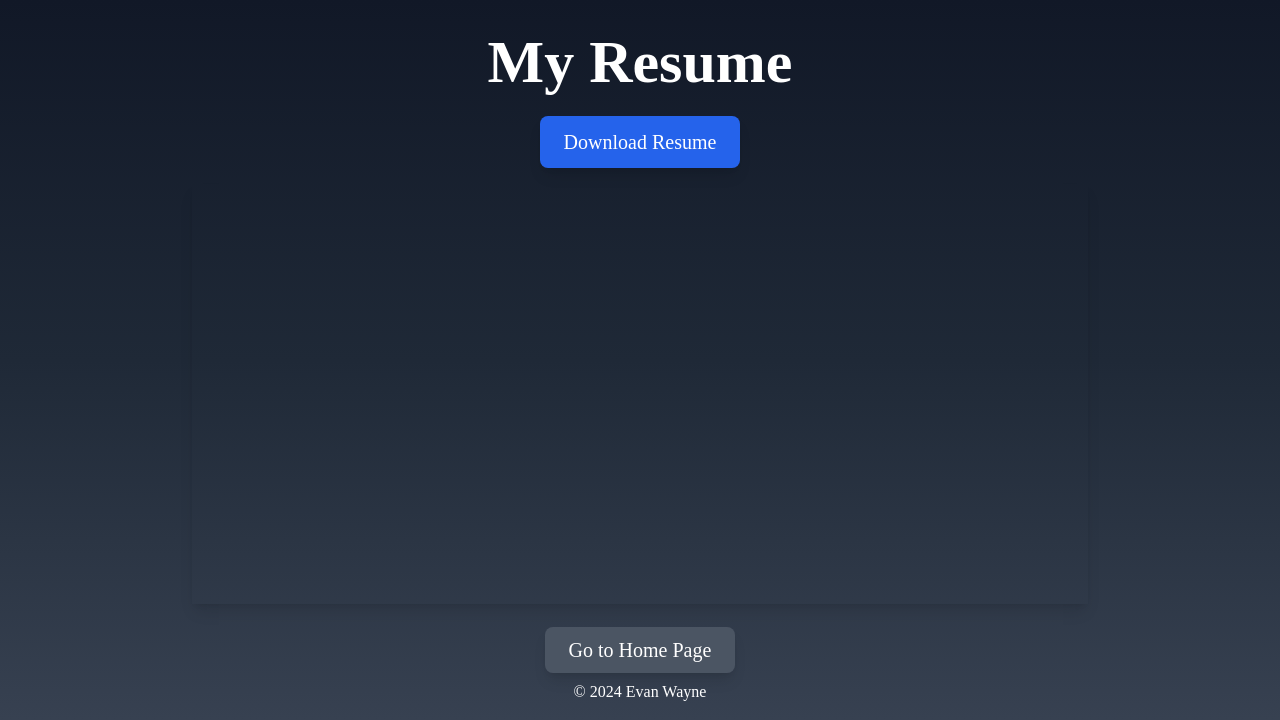
Repository: evnwyn/Evan-Wayne-s-Portfolio
Page: /resume
The author's editor kept a copy of each file at every save. The page is drawn from the files as they stood at one save, then again after the next save.
The browser window is 1280 px wide. The pictures show the whole page.
The project was rebuilt for these pictures with package versions that can differ from the ones it lists, and the page was loaded fresh each time. The framework's server and built-in components were replaced by stand-ins that run in the browser. Also part of the build but not shown: next.config.js.

Above is the page before, as saved 2024-10-09 21:01:25.

After the next save:
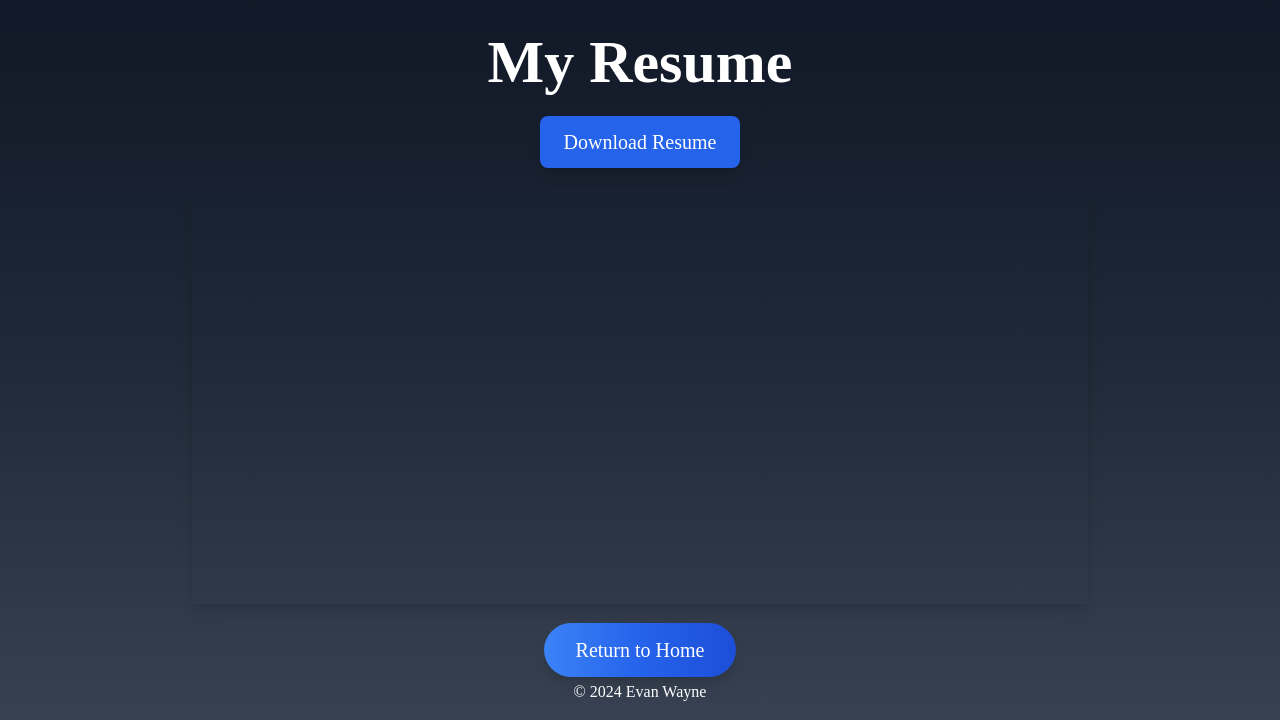
Saved 29 s later.
--- a/src/app/resume/page.tsx
+++ b/src/app/resume/page.tsx
@@ -27,10 +27,10 @@ export default function Resume() {
         />
       </div>
 
-      {/* Home button without the extra <a> tag */}
+      {/* Stand-out Home button in blue gradient */}
       <div className="mt-8">
-        <Link href="/" className="bg-gray-600 text-white text-xl px-6 py-3 rounded-lg shadow-lg transform hover:bg-gray-700 hover:scale-110 transition-transform duration-500 ease-out">
-          Go to Home Page
+        <Link href="/" className="bg-gradient-to-r from-blue-500 via-blue-600 to-blue-700 text-white text-xl px-8 py-4 rounded-full shadow-lg transform hover:scale-110 transition-transform duration-500 ease-out hover:shadow-2xl">
+          Return to Home
         </Link>
       </div>
     </div>
